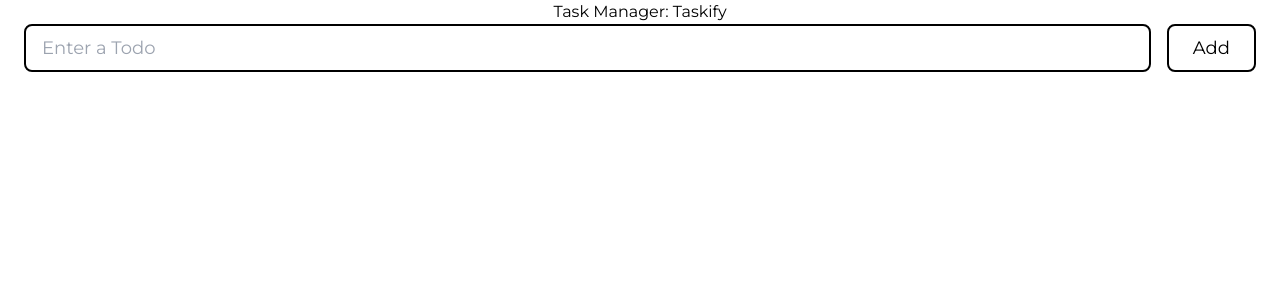
Repository: Dineshbhandari2023/Todo
Page: /
An editor plug-in stored every save of this project. The page is shown before and after the next save, followed by the edit.
The browser window is 1280 px wide. The pictures show the whole page.
Some web fonts or font styles are not loaded; a fallback is used. The project was rebuilt for these pictures with package versions that can differ from the ones it lists, and the page was loaded fresh each time.

Above is the page before, as saved 2025-06-18 22:33:44.

After the next save:
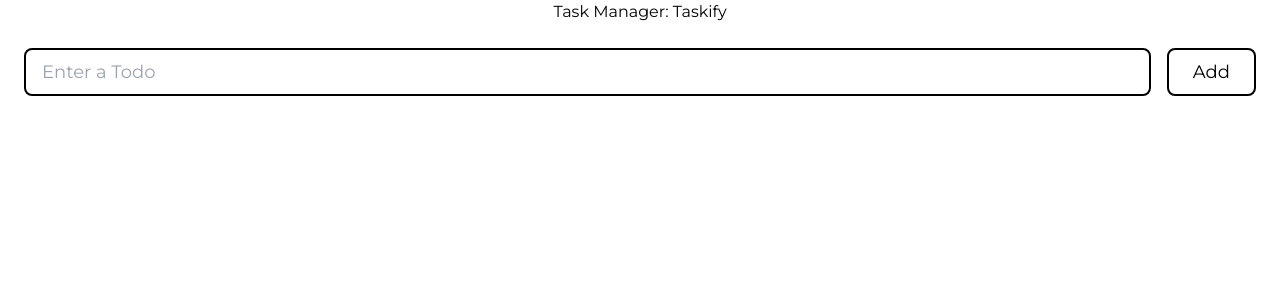
Saved 8 s later.
--- a/src/Components/InputFields.tsx
+++ b/src/Components/InputFields.tsx
@@ -2,7 +2,7 @@ import React from "react";
 
 const InputFields = () => {
   return (
-    <div className="flex gap-4 mx-6">
+    <div className="flex gap-4 m-6">
       <input
         type="text"
         placeholder="Enter a Todo"
